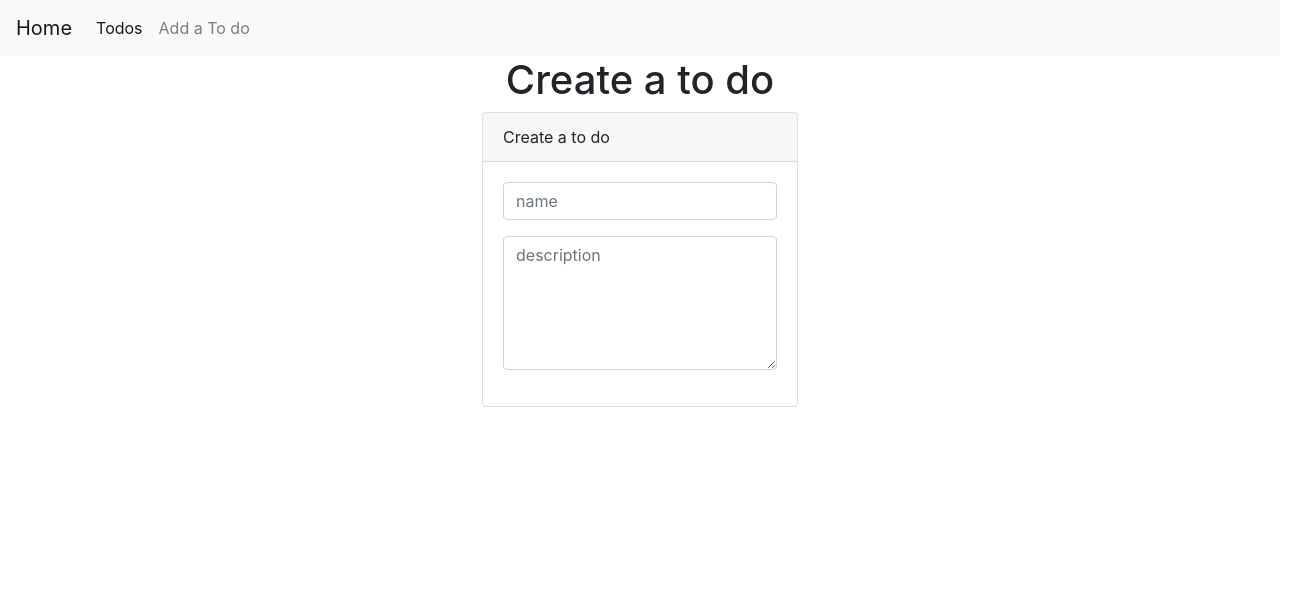
Repository: Azariagmt/laravel-to-do-app
Page: http://localhost/new-to-do
These files come from the project's save history. The page is drawn as it stood at one moment and after the next save; the edit follows.
The browser window is 1280 px wide. The page is 1295 px wide, so the pictures cover 1295 px, including what lies to the right of the window. The pictures show the whole page.
The page is served by the project's Laravel application, run on PHP 8.4 with Laravel 8.

Above is the page before, as saved 2020-04-27 22:56:29.

After the next save:
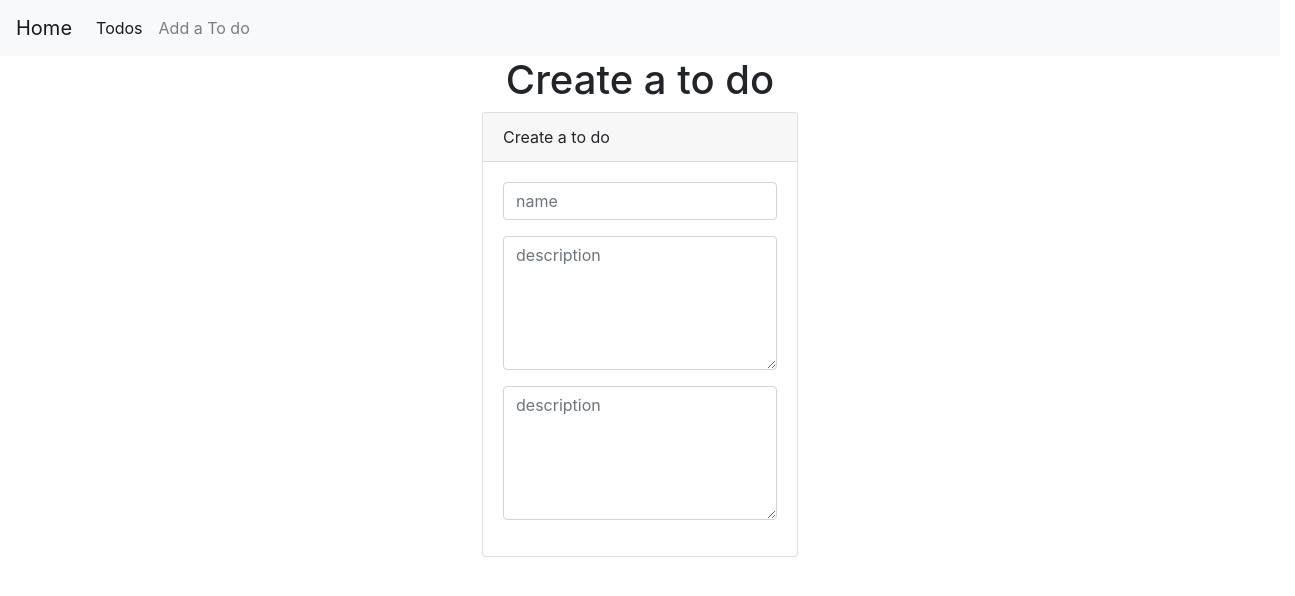
Saved 38 s later.
--- a/resources/views/todos/new.blade.php
+++ b/resources/views/todos/new.blade.php
@@ -17,6 +17,9 @@ Create a to do
 <div class="form-group">
 <textarea type="text-area" class="form-control" placeholder="description" cols="5" rows="5" name="description"></textarea>
 </div>
+<div class="form-group">
+<textarea type="text-area" class="form-control" placeholder="description" cols="5" rows="5" name="description"></textarea>
+</div>
 </form>
 </div>
 </div>
